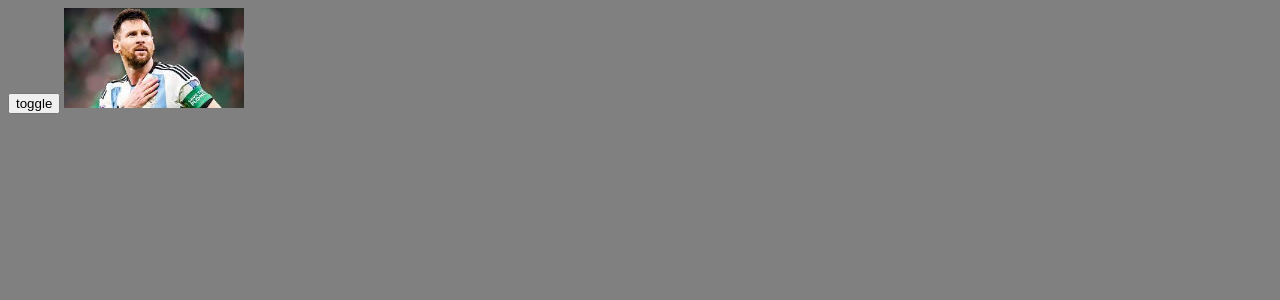
Repository: albinsabu2023/Stopwatch-program
Page: index.html
The author's editor kept a copy of each file at every save. The page is drawn from the files as they stood at one save, then again after the next save.
The browser window is 1280 px wide. The pictures show the whole page.

Above is the page before, as saved 2023-03-03 18:34:37.

### index.html
<!DOCTYPE html>

<head>
    <meta charset="UTF-8">
    <meta http-equiv="X-UA-Compatible" content="IE=edge">
    <meta name="viewport" content="width=device-width, initial-scale=1.0">
    <link rel="stylesheet" href="style.css">
    <title>Document</title>
</head>

    <button id="button">toggle</button>
    <img src="data:[embedded picture, 9815 characters]" alt=""/>
    <script src="index.js"></script>
</body>
</html>

### style.css
body{
text:white;
background-color: gray;
}
img{
    height:100px;
    width:180px;
}

### index.js
//event handlers addEventlistner
//---------------------------
// const innerdiv = document.getElementById("innerdiv");
// const outerdiv = document.getElementById("outerdiv");
// innerdiv.addEventListener("click", changeRed);

// outerdiv.addEventListener("click", changeRed);

// function changeRed() {
//   alert(`you selected ${this.id}`);
//   this.style.backgroundColor = "red";
// }

After the next save:
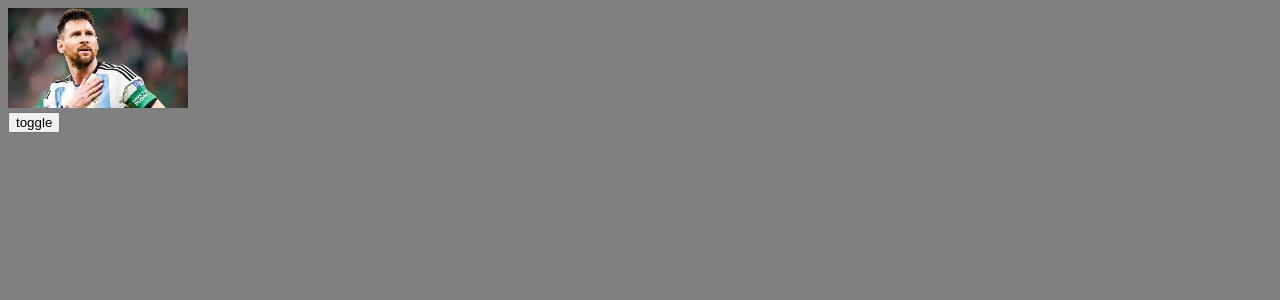
Saved 49 s later.
--- a/index.html
+++ b/index.html
@@ -8,8 +8,9 @@
     <title>Document</title>
 </head>
 
-    <button id="button">toggle</button>
+
     <img src="data:[embedded picture, 9815 characters]" alt=""/>
+    <br><button id="button">toggle</button>
     <script src="index.js"></script>
 </body>
 </html>
